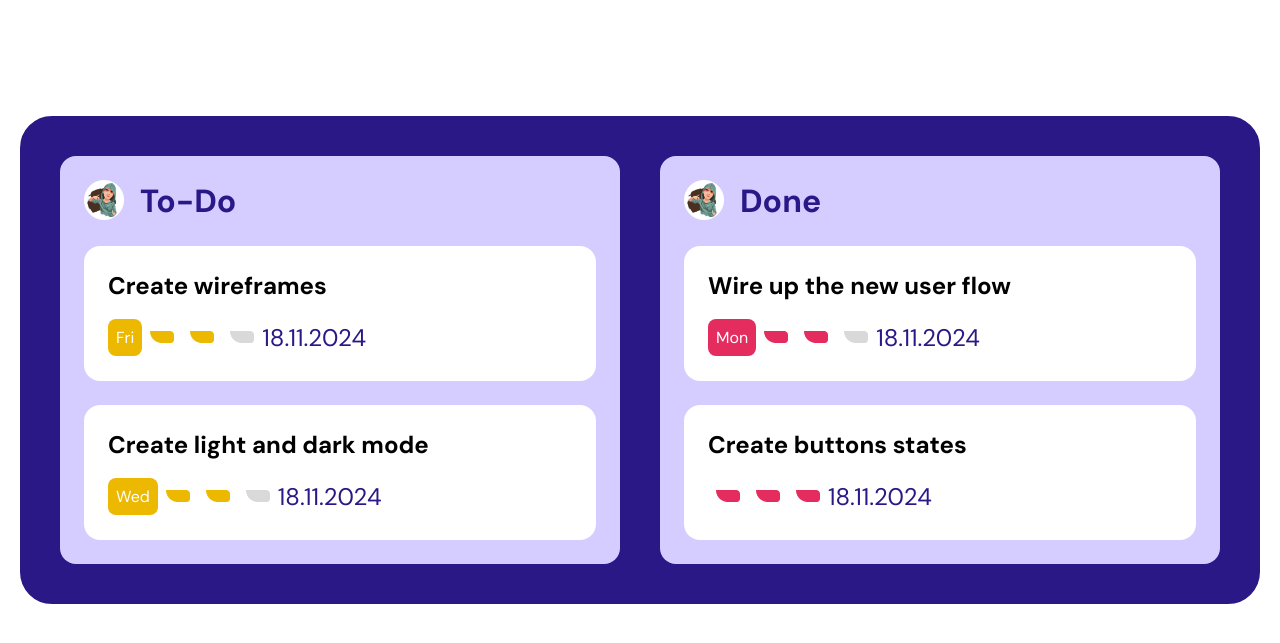
Repository: VitasYo/Kanban
Page: index.html
These files come from the project's save history. The page is drawn as it stood at one moment and after a run of saves; the edit follows.
The browser window is 1280 px wide. The pictures show the whole page.

Above is the page before, as saved 2024-04-15 20:27:23.

### index.html
<!DOCTYPE html>
<html lang="en">
<head>
  <meta charset="UTF-8">
  <meta name="viewport" content="width=device-width, initial-scale=1.0">
  <link rel="stylesheet" href="./src/assets/css/index.css">
  <title>To-Do-List-Kanban</title>
</head>
<body>
  <main class="kanban">
    <section class="kanban__column">
      <div class="kanban__title_and_icon">
        <img height=40 width=40 src="src/assets/img/Avatar.jpg" alt="Аватар">
        <h2 class="kanban__title">To-Do</h2>
      </div>
      <div class="card">
        <div class="card_title">Create wireframes</div>
        <div class="card_items">
          <div class="card_pin_yel">Fri</div>
          <div class="card_scale">
            <img class="card_scale_item" src="src/assets/img/yel_rect.png">
            <img class="card_scale_item" src="src/assets/img/yel_rect.png">
            <img class="card_scale_item" src="src/assets/img/grey_rect.png">
          </div>
          <div class="card_date">18.11.2024</div>
        </div>
      </div>
      <div class="card">
        <div class="card_title">Create light and dark mode</div>
        <div class="card_items">
          <div class="card_pin_yel">Wed</div>
          <div class="card_scale">
            <img class="card_scale_item" src="src/assets/img/yel_rect.png">
            <img class="card_scale_item" src="src/assets/img/yel_rect.png">
            <img class="card_scale_item" src="src/assets/img/grey_rect.png">
          </div>
          <div class="card_date">18.11.2024</div>
        </div>
      </div>
    </section>

    <section class="kanban__column">
      <div class="kanban__title_and_icon">
        <img height=40 width=40 src="src/assets/img/Avatar.jpg" alt="Аватар">
        <h2 class="kanban__title">Done</h2>
      </div>
      <div class="card">
        <div class="card_title">Wire up the new user flow</div>
        <div class="card_items">
          <div class="card_pin_red">Mon</div>
          <div class="card_scale">
            <img class="card_scale_item" src="src/assets/img/red_rect.png">
            <img class="card_scale_item" src="src/assets/img/red_rect.png">
            <img class="card_scale_item" src="src/assets/img/grey_rect.png">
          </div>
          <div class="card_date">18.11.2024</div>
        </div>
      </div>
      <div class="card">
        <div class="card_title">Create buttons states</div>
        <div class="card_items">
          <div class="card_scale">
            <img class="card_scale_item" src="src/assets/img/red_rect.png">
            <img class="card_scale_item" src="src/assets/img/red_rect.png">
            <img class="card_scale_item" src="src/assets/img/red_rect.png">
          </div>
          <div class="card_date">18.11.2024</div>
        </div>
      </div>
    </section>
  </main>
  </body>
<script src="./src/assets/js/index.js"></script>
</html>

### src/assets/css/index.css
@import url('https://fonts.googleapis.com/css2?family=DM+Sans:opsz,wght@9..40,100;9..40,200;9..40,300;9..40,400;9..40,500;9..40,600;9..40,700;9..40,800;9..40,900;9..40,1000&display=swap');
@import './component/_kanban.css';
@import './_media.css';



* {
  font-family: 'DM Sans', sans-serif;
}

* {
  box-sizing: border-box;
  margin: 0;
  padding: 0;
}

body {
  font-family: 'Arial', sans-serif;
  background-color: white;
  color: white;
  display: flex;
  flex-direction: column;
  min-height: 100vh;
}


.header__title,
.footer__text {
  margin: 0;
  padding: 10px 0;
}

.container {
  width: 100%;
  padding-right: 15px;
  padding-left: 15px;
  margin-right: auto;
  margin-left: auto;
}

### src/assets/css/component/_kanban.css
.kanban {
    display: flex;
    flex-wrap: wrap;
    justify-content: space-around;
    flex-grow: 1;
    flex: 0 0 100%;
    border-radius: 32px;
    border: 20px solid #2B1887;
    background-color: #2B1887;
    display: grid;
    grid-template-columns: 1fr 1fr;
    margin: auto;
}

.kanban__column {
    width: 560px;
    background-color: #D5CCFF;
    border-radius: 16px;
    padding: 24px;
    margin: 20px;
}

.kanban__title_and_icon {
    display: flex;
    width: 560px;
}

    .kanban__title {
        color: #2B1887;
        font-size: 32px;
        padding-left: 16px;
    }

.card {
    width: 512px;;
    background-color: white;
    border-radius: 16px;
    margin-block-start: 24px;
    padding: 24px;
}

    .card_title {
        color: black;
        font-size: 24px;
        font-weight: bold;
    }

    .card_items {
        margin-top: 16px;
        display: flex;
        align-items: center;
    }

        .card_pin_yel {
            padding: 8px;
            border-radius: 8px;
            background-color: #ECB800;
        }

        .card_pin_red {
            padding: 8px;
            border-radius: 8px;
            background-color: #E42C5F;
        }

        .card_scale {
            display: flex;
        }

            .card_scale_item {
                padding: 8px;
            }

        .card_date {
            font-size: 24px;
            color: #2B1887;
        }

### src/assets/css/_media.css
@media (min-width: 576px) {
    .container {
        max-width: 540px;
    }
}

@media (min-width: 768px) {
    .container {
        max-width: 720px;
    }
}

@media (min-width: 992px) {
    .container {
        max-width: 960px;
    }
}

@media (min-width: 1200px) {
    .container {
        max-width: 1140px;
    }
}

@media (min-width: 1400px) {
    .container {
        max-width: 1320px;
    }
}

@media screen and (min-width: 640px) {
    .kanban__column {
        flex: 0 0 calc(33.333% - 20px);
    }
}

Loaded but not shown: src/assets/js/index.js (no stored copy; drawn as an empty file)

After the next 3 saves:
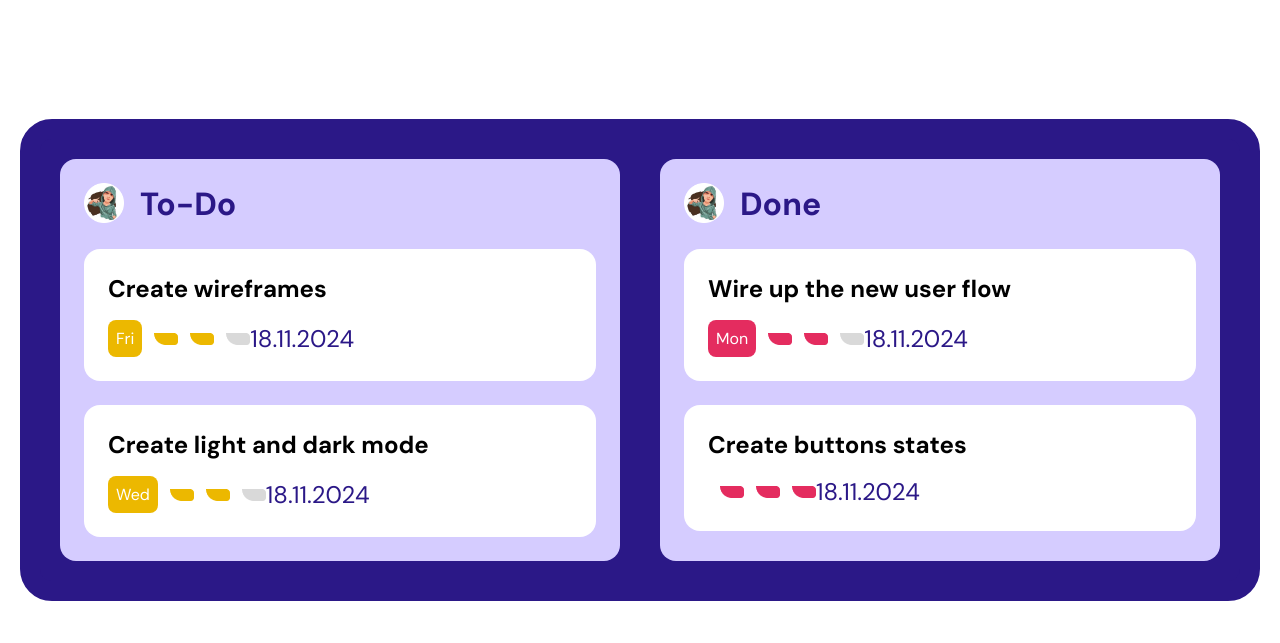
The 3 saves are shown as one change because they came seconds apart.
The last was saved 20 s later.
--- a/src/assets/css/component/_kanban.css
+++ b/src/assets/css/component/_kanban.css
@@ -68,7 +68,7 @@
         }
 
             .card_scale_item {
-                padding: 8px;
+                padding-inline-start: 12px;
             }
 
         .card_date {
